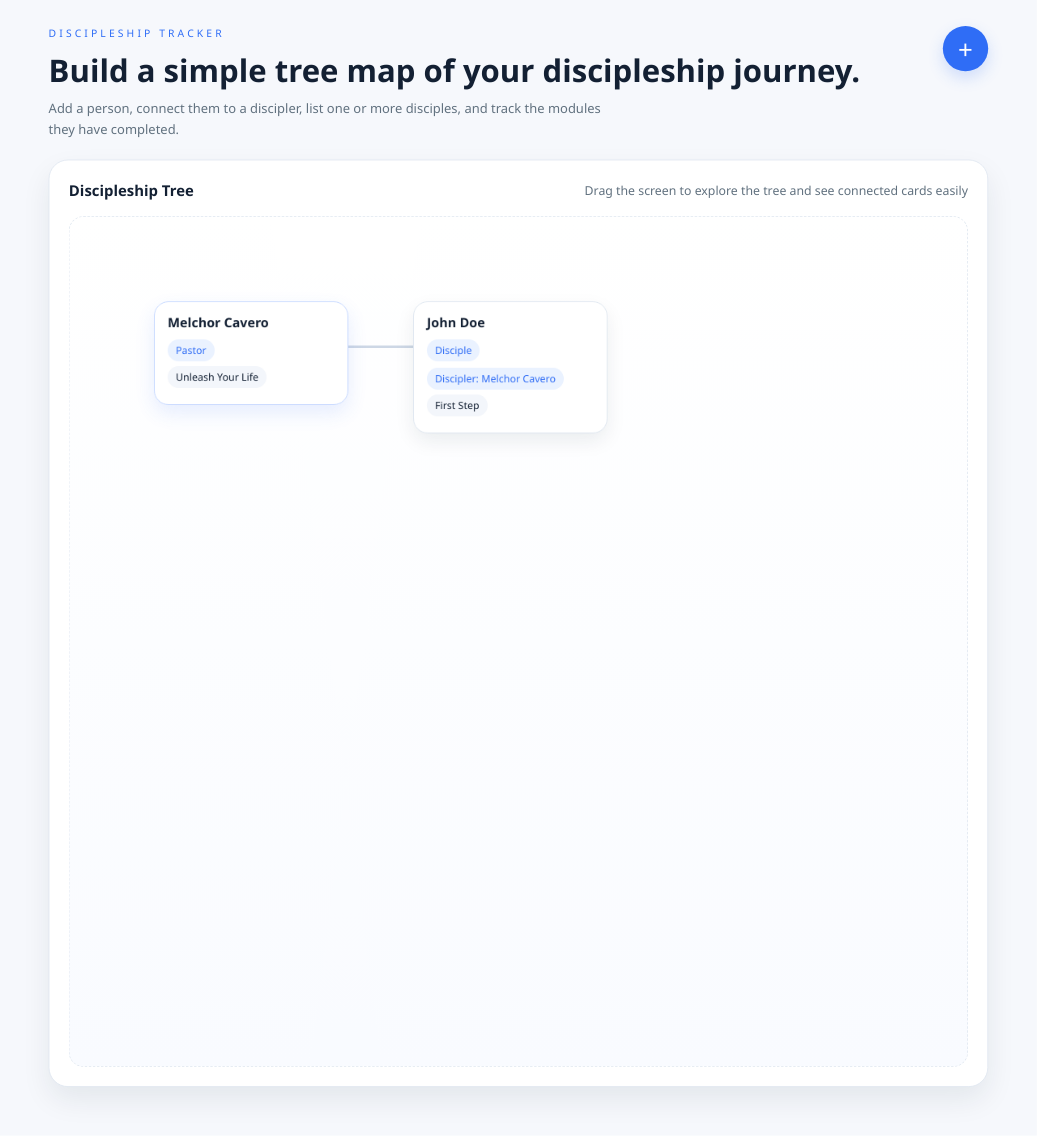
Repository: Cryuis/LCC-Isabela-Discipleship-Tracker
Page: index.html
An editor plug-in stored every save of this project. The page is shown before and after the next save, followed by the edit.
The browser window is 1280 px wide. The pictures show the whole page, at 81% of full size.

Above is the page before, as saved 2026-07-26 20:45:46.

### index.html
<!doctype html>
<html lang="en">
  <head>
    <meta charset="UTF-8" />
    <meta name="viewport" content="width=device-width, initial-scale=1.0" />
    <title>Discipleship Tree Map</title>
    <link rel="stylesheet" href="styles.css" />
  </head>
  <body>
    <main class="page-shell">
      <header class="hero">
        <div>
          <p class="eyebrow">Discipleship Tracker</p>
          <h1>Build a simple tree map of your discipleship journey.</h1>
          <p class="hero-copy">
            Add a person, connect them to a discipler, list one or more
            disciples, and track the modules they have completed.
          </p>
        </div>
        <button
          id="openFormBtn"
          class="add-btn"
          type="button"
          aria-label="Add a new disciple"
        >
          +
        </button>
      </header>

      <section class="tree-card">
        <div class="tree-toolbar">
          <h2>Discipleship Tree</h2>
          <span class="tree-pill"
            >Drag the screen to explore the tree and see connected cards
            easily</span
          >
        </div>
        <div id="treeCanvas" class="tree-canvas"></div>
      </section>
    </main>

    <div
      id="modal"
      class="modal hidden"
      role="dialog"
      aria-modal="true"
      aria-labelledby="modalTitle"
    >
      <div class="modal-card">
        <div class="modal-head">
          <h3 id="modalTitle">Add a new person</h3>
          <button
            id="closeModalBtn"
            class="icon-btn"
            type="button"
            aria-label="Close form"
          >
            ×
          </button>
        </div>

        <form id="personForm" class="form-grid">
          <label>
            <span>Name</span>
            <input
              id="nameInput"
              name="name"
              type="text"
              required
              placeholder="e.g. John Doe"
            />
          </label>

          <label>
            <span>Discipler</span>
            <select id="disciplerInput" name="discipler"></select>
          </label>

          <label>
            <span>Disciple(s)</span>
            <input
              id="discipleInput"
              name="disciple"
              type="text"
              placeholder="Optional. Separate multiple names with commas"
            />
          </label>

          <fieldset>
            <legend>Modules completed</legend>
            <div id="moduleOptions" class="module-options"></div>
          </fieldset>

          <div class="form-actions">
            <button id="cancelBtn" class="secondary-btn" type="button">
              Cancel
            </button>
            <button class="primary-btn" type="submit">Add to Tree</button>
          </div>
        </form>
      </div>
    </div>

    <script src="script.js"></script>
  </body>
</html>

### styles.css
:root {
  color-scheme: light;
  --bg: #f6f8fc;
  --panel: #ffffff;
  --panel-soft: #f7f9fc;
  --border: #dfe7f0;
  --text: #132033;
  --muted: #61717f;
  --accent: #2f6df6;
  --accent-soft: #eaf2ff;
}

* {
  box-sizing: border-box;
}

body {
  margin: 0;
  font-family: "Segoe UI", Tahoma, Geneva, Verdana, sans-serif;
  background: var(--bg);
  color: var(--text);
  min-height: 100vh;
}

.page-shell {
  max-width: 1200px;
  margin: 0 auto;
  padding: 32px 20px 60px;
}

.hero {
  display: flex;
  align-items: flex-start;
  justify-content: space-between;
  gap: 24px;
  margin-bottom: 24px;
}

.eyebrow {
  text-transform: uppercase;
  letter-spacing: 0.3em;
  color: var(--accent);
  font-size: 0.8rem;
  margin: 0 0 10px;
}

.hero h1 {
  margin: 0 0 10px;
  font-size: clamp(1.7rem, 3vw, 2.4rem);
}

.hero-copy {
  margin: 0;
  max-width: 700px;
  color: var(--muted);
  line-height: 1.6;
}

.add-btn,
.icon-btn,
.primary-btn,
.secondary-btn {
  border: none;
  cursor: pointer;
  font: inherit;
}

.add-btn {
  width: 56px;
  height: 56px;
  border-radius: 50%;
  background: var(--accent);
  color: white;
  font-size: 2rem;
  box-shadow: 0 8px 20px rgba(47, 109, 246, 0.2);
}

.tree-card {
  background: var(--panel);
  border: 1px solid var(--border);
  border-radius: 24px;
  padding: 24px;
  box-shadow: 0 16px 35px rgba(19, 32, 51, 0.08);
}

.tree-toolbar {
  display: flex;
  justify-content: space-between;
  align-items: center;
  margin-bottom: 20px;
}

.tree-toolbar h2 {
  margin: 0;
  font-size: 1.15rem;
}

.tree-pill {
  color: var(--muted);
  font-size: 0.95rem;
}

.tree-canvas {
  position: relative;
  min-height: 640px;
  border: 1px dashed var(--border);
  border-radius: 18px;
  background: linear-gradient(180deg, #ffffff, #f9fbff);
  overflow: hidden;
  padding: 24px;
  cursor: grab;
  user-select: none;
}

.tree-canvas.is-panning {
  cursor: grabbing;
}

.tree-lines {
  position: absolute;
  inset: 0;
  pointer-events: none;
  z-index: 0;
  overflow: visible;
}

.tree-lines line {
  stroke-linecap: round;
  stroke-opacity: 0.9;
  stroke-width: 3;
}

.tree-content {
  position: relative;
  width: 1400px;
  min-height: 1000px;
  transform-origin: 0 0;
  will-change: transform;
}

.tree-node {
  position: absolute;
  z-index: 1;
  width: 240px;
  background: var(--panel);
  border: 1px solid var(--border);
  border-radius: 18px;
  padding: 14px 16px;
  box-shadow: 0 10px 24px rgba(19, 32, 51, 0.08);
  cursor: grab;
  user-select: none;
}

.tree-node:active {
  cursor: grabbing;
}

.tree-node.is-root {
  border-color: #c6d8ff;
  box-shadow: 0 10px 24px rgba(47, 109, 246, 0.12);
}

.tree-node h3 {
  margin: 0 0 10px;
  font-size: 1rem;
}

.card-meta,
.card-modules {
  display: flex;
  flex-wrap: wrap;
  gap: 8px;
  margin: 6px 0;
}

.meta-pill,
.module-pill {
  display: inline-flex;
  align-items: center;
  border-radius: 999px;
  padding: 5px 10px;
  font-size: 0.78rem;
  background: var(--accent-soft);
  color: var(--accent);
}

.module-pill {
  background: #f3f6fb;
  color: var(--text);
}

.modal {
  position: fixed;
  inset: 0;
  background: rgba(19, 32, 51, 0.25);
  display: grid;
  place-items: center;
  padding: 20px;
  z-index: 10;
}

.modal.hidden {
  display: none;
}

.modal-card {
  width: min(100%, 540px);
  background: var(--panel);
  border: 1px solid var(--border);
  border-radius: 20px;
  padding: 22px;
  box-shadow: 0 20px 40px rgba(0, 0, 0, 0.16);
}

.modal-head {
  display: flex;
  align-items: center;
  justify-content: space-between;
  margin-bottom: 16px;
}

.modal-head h3 {
  margin: 0;
  font-size: 1.1rem;
}

.icon-btn {
  width: 36px;
  height: 36px;
  border-radius: 50%;
  background: #f1f4f8;
  color: var(--text);
  font-size: 1.2rem;
}

.form-grid {
  display: grid;
  gap: 14px;
}

label,
fieldset {
  display: grid;
  gap: 8px;
}

label span,
legend {
  font-weight: 600;
  font-size: 0.95rem;
}

input,
select,
button {
  font: inherit;
}

input,
select {
  width: 100%;
  border: 1px solid var(--border);
  border-radius: 12px;
  padding: 10px 12px;
  color: var(--text);
  background: #fff;
}

.module-options {
  display: grid;
  gap: 8px;
  grid-template-columns: repeat(2, minmax(0, 1fr));
}

.module-options label {
  display: flex;
  align-items: center;
  gap: 8px;
  border: 1px solid var(--border);
  border-radius: 12px;
  padding: 8px 10px;
  background: #fbfcfe;
}

.form-actions {
  display: flex;
  justify-content: flex-end;
  gap: 10px;
  margin-top: 8px;
}

.primary-btn,
.secondary-btn {
  padding: 10px 14px;
  border-radius: 999px;
}

.primary-btn {
  background: var(--accent);
  color: white;
}

.secondary-btn {
  background: #f1f4f8;
  color: var(--text);
}

@media (max-width: 700px) {
  .hero {
    flex-direction: column;
  }

  .module-options {
    grid-template-columns: 1fr;
  }

  .tree-canvas {
    padding: 16px;
  }

  .tree-node {
    width: 220px;
  }
}

legend {
  font-weight: 600;
  color: #dfe7f8;
}

input,
select {
  width: 100%;
  border-radius: 12px;
  border: 1px solid rgba(255, 255, 255, 0.12);
  background: #0f1728;
  color: var(--text);
  padding: 11px 12px;
  font: inherit;
}

.module-options {
  display: flex;
  flex-wrap: wrap;
  gap: 10px;
}

.module-options label {
  display: inline-flex;
  align-items: center;
  gap: 8px;
  background: rgba(255, 255, 255, 0.05);
  padding: 8px 10px;
  border-radius: 999px;
  font-size: 0.92rem;
}

.form-actions {
  display: flex;
  justify-content: flex-end;
  gap: 10px;
  margin-top: 6px;
}

.primary-btn,
.secondary-btn {
  padding: 10px 14px;
  border-radius: 999px;
}

.primary-btn {
  background: linear-gradient(135deg, var(--accent), var(--accent-2));
  color: white;
}

.secondary-btn {
  background: rgba(255, 255, 255, 0.08);
  color: var(--text);
}

@media (max-width: 700px) {
  .hero {
    flex-direction: column;
    align-items: start;
  }

  .tree-card {
    padding: 18px;
  }
}

### script.js
const moduleOptions = [
  "Unleash Your Life",
  "First Step",
  "Alpha Series",
  "Foundations",
  "Growing Deep",
];

const initialPeople = [
  {
    id: crypto.randomUUID(),
    name: "Melchor Cavero",
    discipler: "",
    role: "Pastor",
    modules: ["Unleash Your Life"],
    children: [],
  },
  {
    id: crypto.randomUUID(),
    name: "John Doe",
    discipler: "Melchor Cavero",
    role: "Disciple",
    modules: ["First Step"],
    children: [],
  },
];

let people = initialPeople;
const positions = new Map();
let viewOffset = { x: 0, y: 0 };
let interactionState = null;

function getDefaultRootName() {
  return people.find((person) => !person.discipler)?.name || "Melchor Cavero";
}

function findPersonByName(name) {
  return people.find((person) => person.name === name) || null;
}

function findPersonById(id) {
  return people.find((person) => person.id === id) || null;
}

function getDepth(person) {
  let depth = 0;
  let current = person;

  while (current.discipler) {
    const parent = findPersonByName(current.discipler);
    if (!parent || parent.id === current.id) {
      break;
    }

    current = parent;
    depth += 1;
  }

  return depth;
}

function getSiblingIndex(person) {
  const siblings = people.filter(
    (candidate) => candidate.discipler === person.discipler,
  );
  return siblings.findIndex((candidate) => candidate.id === person.id);
}

function getPosition(person) {
  const existing = positions.get(person.id);
  if (existing) {
    return existing;
  }

  const depth = getDepth(person);
  const siblingIndex = getSiblingIndex(person);
  const nextPosition = {
    x: 80 + depth * 320,
    y: 80 + siblingIndex * 180,
  };

  positions.set(person.id, nextPosition);
  return nextPosition;
}

function buildTree() {
  people.forEach((person) => {
    person.children = [];
  });

  const rootPeople = people.filter((person) => !person.discipler);

  people.forEach((person) => {
    if (!person.discipler) {
      return;
    }

    const parent = findPersonByName(person.discipler);
    if (parent) {
      parent.children.push(person);
    }
  });

  return rootPeople;
}

function drawConnections(canvas, svg) {
  svg.innerHTML = "";
  const width = canvas.clientWidth || 900;
  const height = canvas.clientHeight || 700;
  svg.setAttribute("viewBox", `0 0 ${width} ${height}`);
  svg.setAttribute("width", String(width));
  svg.setAttribute("height", String(height));

  const traverse = (person) => {
    const parentPosition = getPosition(person);
    person.children.forEach((child) => {
      const childPosition = getPosition(child);
      const line = document.createElementNS(
        "http://www.w3.org/2000/svg",
        "line",
      );
      const parentX = parentPosition.x + 240 + viewOffset.x;
      const parentY = parentPosition.y + 80 + viewOffset.y;
      const childX = childPosition.x + 120 + viewOffset.x;
      const childY = childPosition.y + 80 + viewOffset.y;
      line.setAttribute("x1", String(parentX));
      line.setAttribute("y1", String(parentY));
      line.setAttribute("x2", String(childX));
      line.setAttribute("y2", String(childY));
      line.setAttribute("stroke", "#c8d3e3");
      line.setAttribute("stroke-width", "2");
      svg.appendChild(line);
      traverse(child);
    });
  };

  buildTree().forEach(traverse);
}

function applyViewportTransform(content) {
  content.style.transform = `translate(${viewOffset.x}px, ${viewOffset.y}px)`;
}

function renderTree() {
  const canvas = document.getElementById("treeCanvas");
  canvas.innerHTML = "";

  const svg = document.createElementNS("http://www.w3.org/2000/svg", "svg");
  svg.classList.add("tree-lines");
  canvas.appendChild(svg);

  const content = document.createElement("div");
  content.className = "tree-content";
  applyViewportTransform(content);
  canvas.appendChild(content);

  const roots = buildTree();

  roots.forEach((person) => {
    renderPerson(person, content);
  });

  drawConnections(canvas, svg);
}

function renderPerson(person, parent) {
  const node = document.createElement("article");
  node.className = `tree-node${!person.discipler ? " is-root" : ""}`;
  node.dataset.id = person.id;

  const position = getPosition(person);
  node.style.left = `${position.x}px`;
  node.style.top = `${position.y}px`;

  const title = document.createElement("h3");
  title.textContent = person.name;

  const meta = document.createElement("div");
  meta.className = "card-meta";

  const rolePill = document.createElement("span");
  rolePill.className = "meta-pill";
  rolePill.textContent =
    person.role || (person.discipler ? "Disciple" : "Pastor");
  meta.appendChild(rolePill);

  if (person.discipler) {
    const disciplerPill = document.createElement("span");
    disciplerPill.className = "meta-pill";
    disciplerPill.textContent = `Discipler: ${person.discipler}`;
    meta.appendChild(disciplerPill);
  }

  const modules = document.createElement("div");
  modules.className = "card-modules";
  person.modules.forEach((moduleName) => {
    const pill = document.createElement("span");
    pill.className = "module-pill";
    pill.textContent = moduleName;
    modules.appendChild(pill);
  });

  node.appendChild(title);
  node.appendChild(meta);
  node.appendChild(modules);
  node.addEventListener("pointerdown", handlePointerDown);
  parent.appendChild(node);

  person.children.forEach((child) => renderPerson(child, parent));
}

function populateDisciplerOptions() {
  const select = document.getElementById("disciplerInput");
  select.innerHTML = "";

  const defaultRootName = getDefaultRootName();
  const option = document.createElement("option");
  option.value = "";
  option.textContent = "Pastor / no discipler";
  select.appendChild(option);

  people.forEach((person) => {
    const optionItem = document.createElement("option");
    optionItem.value = person.name;
    optionItem.textContent = person.name;
    select.appendChild(optionItem);
  });

  select.value = defaultRootName;
}

function renderModuleOptions() {
  const container = document.getElementById("moduleOptions");
  container.innerHTML = "";

  moduleOptions.forEach((moduleName) => {
    const label = document.createElement("label");
    label.innerHTML = `<input type="checkbox" name="modules" value="${moduleName}" /> ${moduleName}`;
    container.appendChild(label);
  });
}

function openModal() {
  document.getElementById("modal").classList.remove("hidden");
}

function closeModal() {
  document.getElementById("modal").classList.add("hidden");
  document.getElementById("personForm").reset();
  populateDisciplerOptions();
}

function handleSubmit(event) {
  event.preventDefault();

  const form = event.currentTarget;
  const data = new FormData(form);
  const selectedModules = data.getAll("modules");
  const personName = data.get("name").toString().trim();
  const disciplerName =
    data.get("discipler").toString().trim() || getDefaultRootName();
  const discipleNames = data
    .get("disciple")
    .toString()
    .split(",")
    .map((name) => name.trim())
    .filter(Boolean);

  if (!personName) {
    return;
  }

  const newPerson = {
    id: crypto.randomUUID(),
    name: personName,
    discipler: disciplerName,
    role: "Disciple",
    modules: selectedModules,
    children: [],
  };

  people = [...people, newPerson];

  discipleNames.forEach((discipleName) => {
    people = [
      ...people,
      {
        id: crypto.randomUUID(),
        name: discipleName,
        discipler: personName,
        role: "Disciple",
        modules: [],
        children: [],
      },
    ];
  });

  populateDisciplerOptions();
  renderTree();
  closeModal();
}

function handlePointerDown(event) {
  const card = event.currentTarget;
  const person = findPersonById(card.dataset.id);
  if (!person) {
    return;
  }

  interactionState = {
    type: "card",
    id: person.id,
    startX: event.clientX,
    startY: event.clientY,
    startLeft: getPosition(person).x,
    startTop: getPosition(person).y,
  };

  card.setPointerCapture(event.pointerId);
}

function handleCanvasPointerDown(event) {
  if (event.target.closest(".tree-node")) {
    return;
  }

  interactionState = {
    type: "pan",
    startX: event.clientX,
    startY: event.clientY,
    startOffsetX: viewOffset.x,
    startOffsetY: viewOffset.y,
  };

  const canvas = event.currentTarget;
  canvas.classList.add("is-panning");
  canvas.setPointerCapture(event.pointerId);
}

function handlePointerMove(event) {
  if (!interactionState) {
    return;
  }

  if (interactionState.type === "card") {
    const nextPosition = {
      x: interactionState.startLeft + (event.clientX - interactionState.startX),
      y: interactionState.startTop + (event.clientY - interactionState.startY),
    };

    positions.set(interactionState.id, nextPosition);
    const card = document.querySelector(`[data-id="${interactionState.id}"]`);
    if (card) {
      card.style.left = `${nextPosition.x}px`;
      card.style.top = `${nextPosition.y}px`;
    }

    const canvas = document.getElementById("treeCanvas");
    const svg = canvas.querySelector(".tree-lines");
    if (svg) {
      drawConnections(canvas, svg);
    }
  } else {
    viewOffset = {
      x:
        interactionState.startOffsetX +
        (event.clientX - interactionState.startX),
      y:
        interactionState.startOffsetY +
        (event.clientY - interactionState.startY),
    };

    const canvas = document.getElementById("treeCanvas");
    const content = canvas.querySelector(".tree-content");
    const svg = canvas.querySelector(".tree-lines");

    if (content) {
      applyViewportTransform(content);
    }

    if (svg) {
      drawConnections(canvas, svg);
    }
  }
}

function handlePointerUp(event) {
  if (interactionState?.type === "pan") {
    event.currentTarget?.classList?.remove("is-panning");
  }

  interactionState = null;
}

function initialize() {
  renderModuleOptions();
  populateDisciplerOptions();
  renderTree();

  document.getElementById("openFormBtn").addEventListener("click", openModal);
  document
    .getElementById("closeModalBtn")
    .addEventListener("click", closeModal);
  document.getElementById("cancelBtn").addEventListener("click", closeModal);
  document.getElementById("modal").addEventListener("click", (event) => {
    if (event.target.id === "modal") {
      closeModal();
    }
  });
  document
    .getElementById("personForm")
    .addEventListener("submit", handleSubmit);
  const canvas = document.getElementById("treeCanvas");
  canvas.addEventListener("pointerdown", handleCanvasPointerDown);
  canvas.addEventListener("pointerup", handlePointerUp);
  window.addEventListener("pointermove", handlePointerMove);
  window.addEventListener("pointerup", handlePointerUp);
}

initialize();

After the next save:
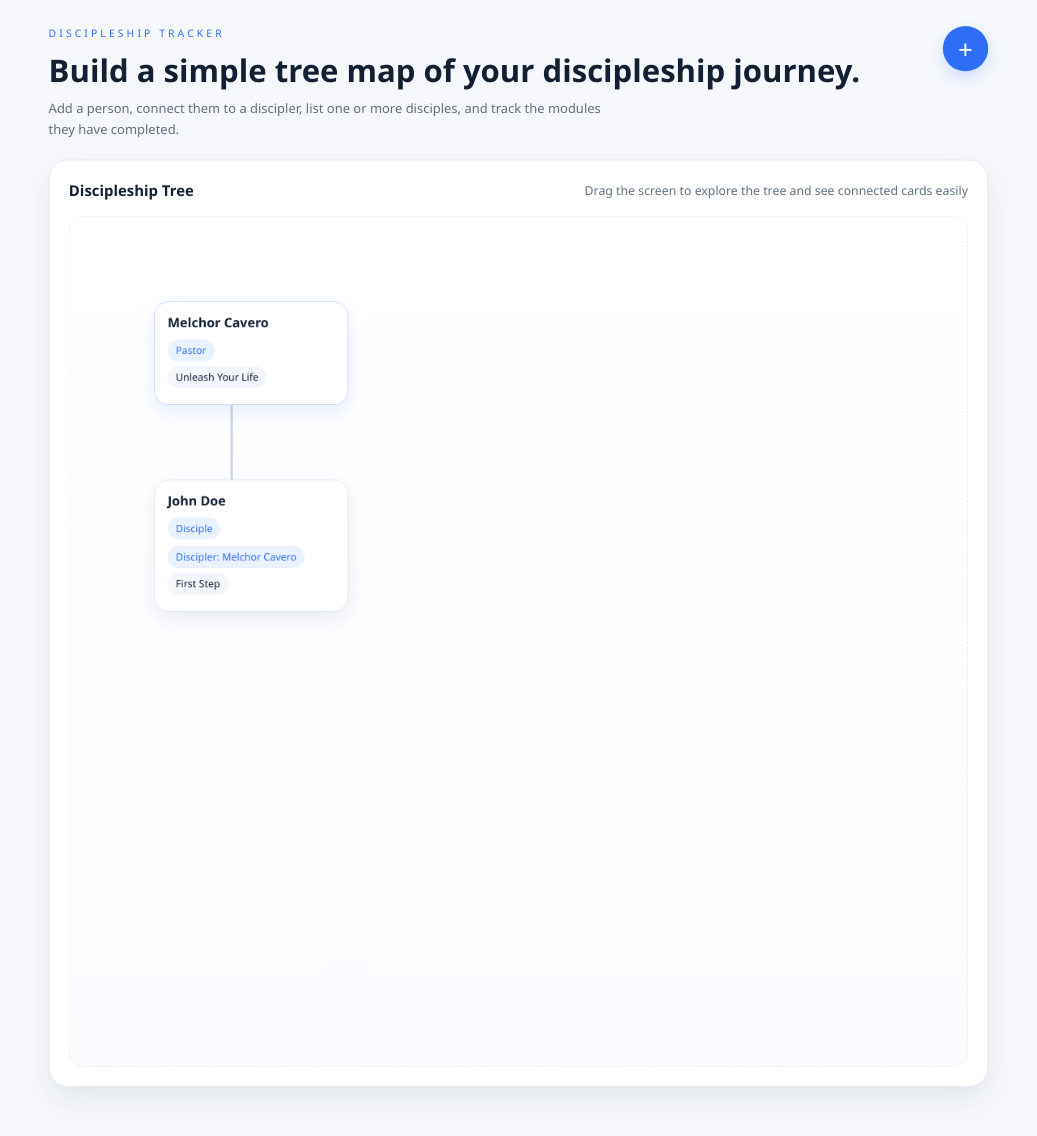
Saved 33 min 11 s later.
--- a/script.js
+++ b/script.js
@@ -75,8 +75,8 @@ function getPosition(person) {
   const depth = getDepth(person);
   const siblingIndex = getSiblingIndex(person);
   const nextPosition = {
-    x: 80 + depth * 320,
-    y: 80 + siblingIndex * 180,
+    x: 80 + siblingIndex * 280,
+    y: 80 + depth * 220,
   };
 
   positions.set(person.id, nextPosition);
@@ -120,10 +120,10 @@ function drawConnections(canvas, svg) {
         "http://www.w3.org/2000/svg",
         "line",
       );
-      const parentX = parentPosition.x + 240 + viewOffset.x;
-      const parentY = parentPosition.y + 80 + viewOffset.y;
+      const parentX = parentPosition.x + 120 + viewOffset.x;
+      const parentY = parentPosition.y + 140 + viewOffset.y;
       const childX = childPosition.x + 120 + viewOffset.x;
-      const childY = childPosition.y + 80 + viewOffset.y;
+      const childY = childPosition.y + 40 + viewOffset.y;
       line.setAttribute("x1", String(parentX));
       line.setAttribute("y1", String(parentY));
       line.setAttribute("x2", String(childX));
